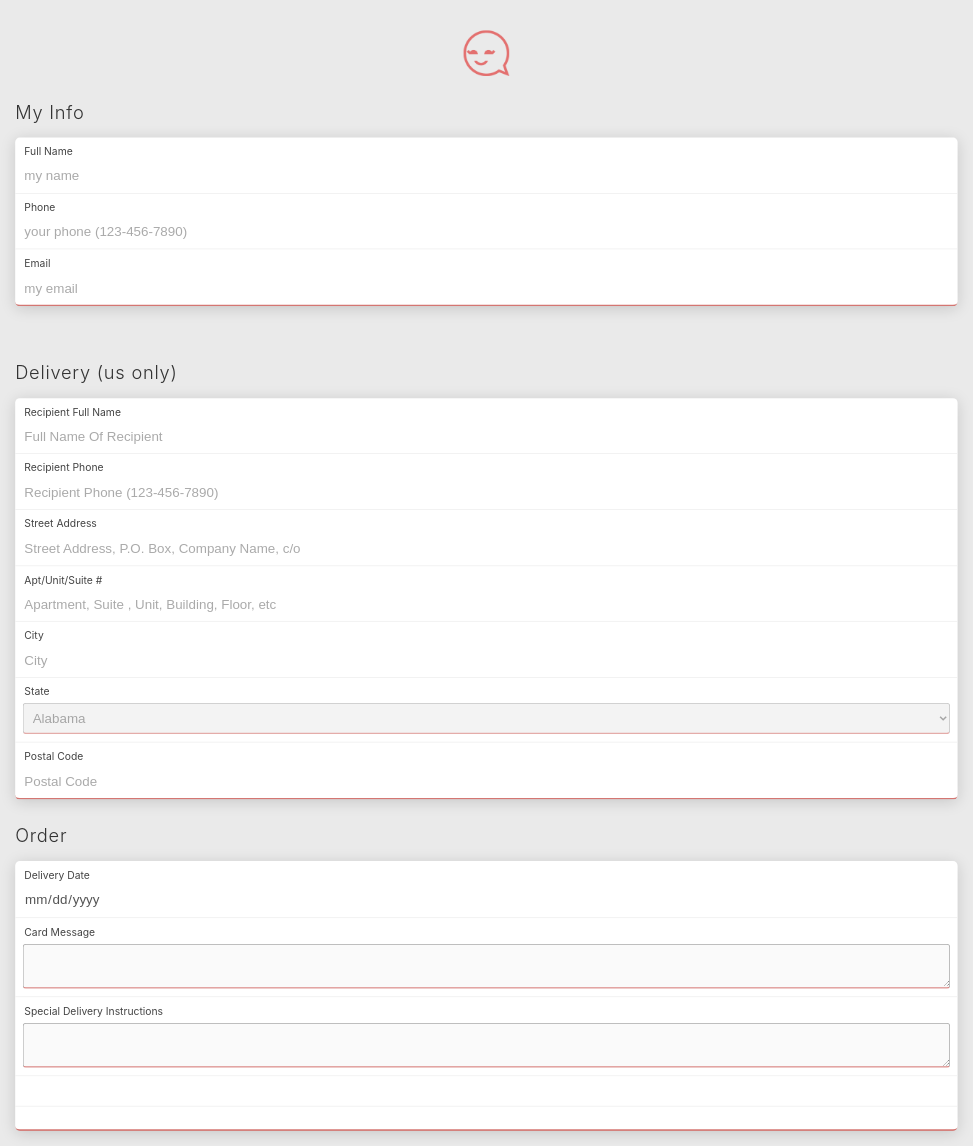
Repository: mattbobgithub/rosybot-ui
Page: rosybot-ui/dist/checkout.html
An editor plug-in stored every save of this project. The page is shown before and after the next save, followed by the edit.
The browser window is 1280 px wide. The pictures show the whole page, at 76% of full size.
The page's requests for data from a server got no answer. Some web libraries are served in a nearby version.

Above is the page before, as saved 2017-10-15 17:30:27.

After the next save:
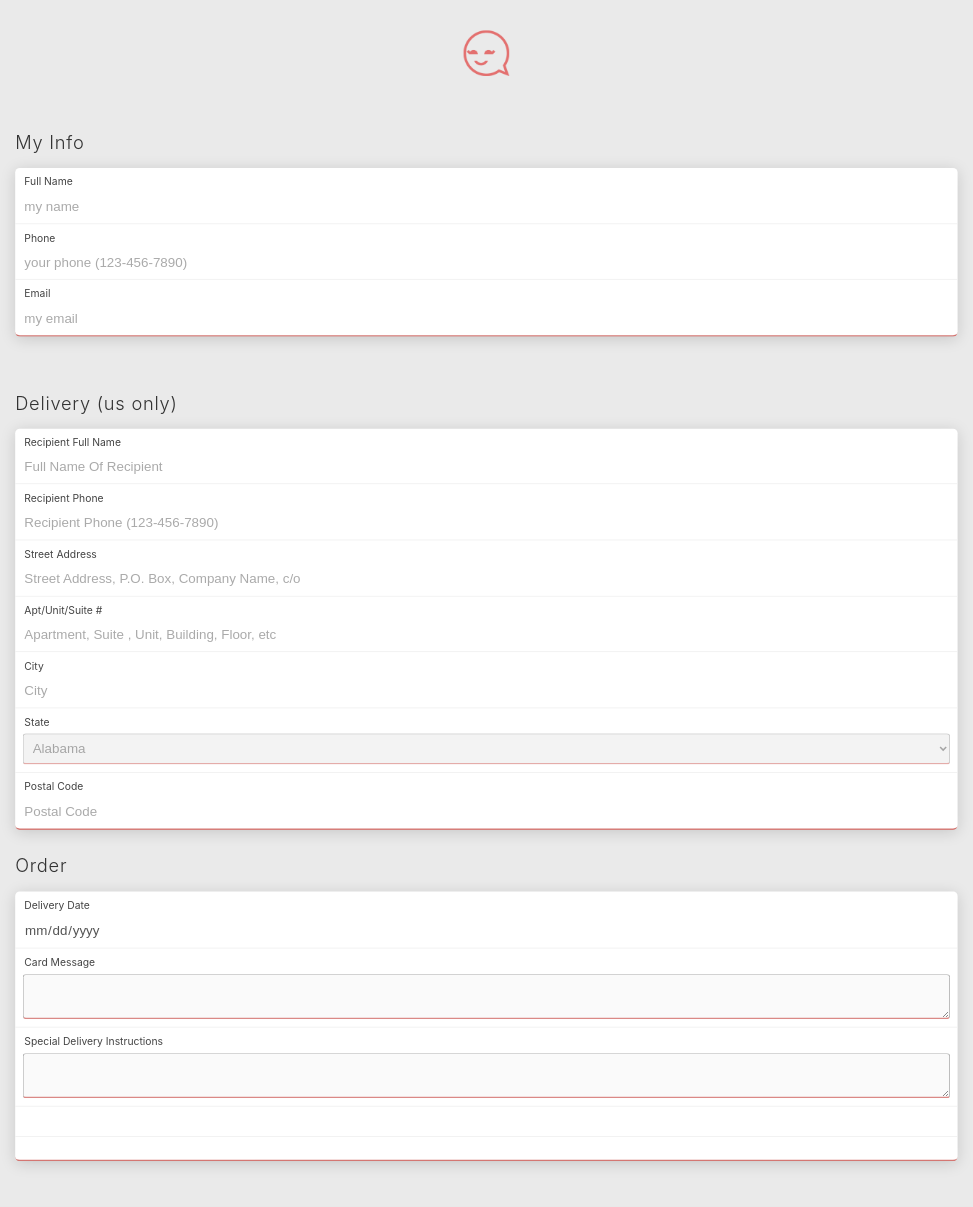
Saved 2 min 20 s later.
--- a/rosybot-ui/dist/js/cart.js
+++ b/rosybot-ui/dist/js/cart.js
@@ -17,8 +17,8 @@
 		.ready(
 				function() {
 
-					$('#confirmMessage1').hide();
-					$('#confirmMessage2').hide();
+					hideAllMessages();
+
 					$body.addClass("loading");
 					orderId = getURLParameter("ro");
 					console.log(orderId);
@@ -131,7 +131,7 @@
 function hideAllMessages(){
 	$('#confirmMessage').hide();
 	$('#orderMessage').hide();
-	$('#badAddyMessage').hide();
+	$('#addressMessage').hide();
 }
 
 function changeRosyOrder(allowEdit) {
